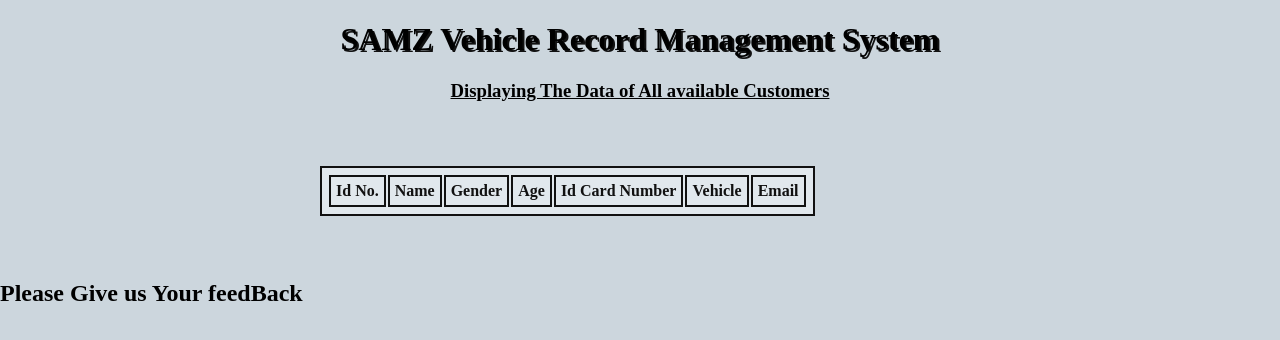
Repository: MUHAMMAD-SAQIB-2000/SpringBoot
Page: http://localhost/WebServiceRecordManagementSystem/CustomerList.jsp
The author's editor kept a copy of each file at every save. The page is drawn from the files as they stood at one save, then again after the next save.
The browser window is 1280 px wide. The pictures show the whole page.
The page is served by Tomcat 9. Other server files are loaded and not shown. The template is opened directly, without the code that normally fills it, so the values that code supplies are empty.

Above is the page before, as saved 2020-08-11 18:51:43.

### WebServiceRecordManagementSystem/src/main/webapp/CustomerList.jsp
<%@ page language="java" contentType="text/html; charset=ISO-8859-1"
	pageEncoding="ISO-8859-1"%>
<%@ taglib prefix="form" uri="http://www.springframework.org/tags/form"%>
<%@ taglib uri="http://java.sun.com/jsp/jstl/core" prefix="c"%>
<!DOCTYPE html>
<html>
<head>
<meta charset="ISO-8859-1">
<title>Customers Record Form</title>
<style>
body{
margin:0px;
padding:0px;
background-color: #CCD6DD;
}
table, th, td {
	text-align:center;
	border: 2px solid #111;
	margin:10px;
	padding:5px;
}
.tableCSS{
	background-color:#E1E8ED;
	color:#111;
	margin:5% 25%;
}
h1{
	text-shadow: 2px 2px #111;
	text-align:center;
}
h3{
	text-align:center;
	text-decoration: underline;
}
</style>
</head>
<body>
<main>
	<div>
	<h1>SAMZ Vehicle Record Management System</h1>
	<h3>Displaying The Data of All available Customers</h3>
	</div>
	<div>
		<table  class="tableCSS">
			<thead>
				<tr>
					<th>Id No.</th>
					<th>Name</th>
					<th>Gender</th>
					<th>Age</th>
					<th>Id Card Number</th>
					<th>Vehicle</th>
					<th>Email</th>
				</tr>
			</thead>
			<tbody>
				<c:forEach items="${list}" var="customer">
					<tr>
						<td>${customer.customerID}</td>
						<td>${customer.customerName}</td>
						<td>${customer.customerGender}</td>
						<td>${customer.customerAge}</td>
						<td>${customer.customerIdCardNumber}</td>
						<td>${customer.customerVehicle}</td>
						<td>${customer.customerEmail}</td>
					</tr>
				</c:forEach>
			</tbody>
		</table>
	</div>
	</main>
	<footer>
		<h2>Please Give us Your feedBack</h2>
	</footer>
</body>
</html>

After the next save:
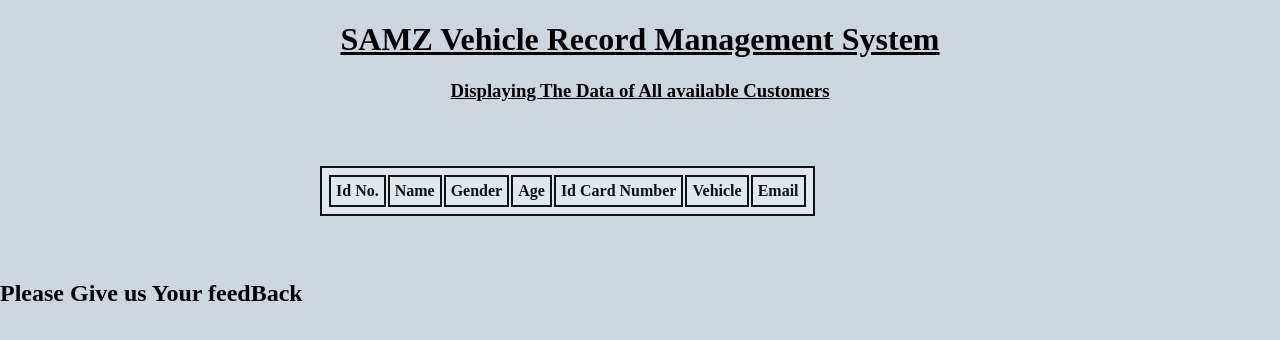
Saved 5 min 52 s later.
--- a/WebServiceRecordManagementSystem/src/main/webapp/CustomerList.jsp
+++ b/WebServiceRecordManagementSystem/src/main/webapp/CustomerList.jsp
@@ -24,11 +24,7 @@ table, th, td {
 	color:#111;
 	margin:5% 25%;
 }
-h1{
-	text-shadow: 2px 2px #111;
-	text-align:center;
-}
-h3{
+.h{
 	text-align:center;
 	text-decoration: underline;
 }
@@ -37,8 +33,8 @@ h3{
 <body>
 <main>
 	<div>
-	<h1>SAMZ Vehicle Record Management System</h1>
-	<h3>Displaying The Data of All available Customers</h3>
+	<h1 class="h">SAMZ Vehicle Record Management System</h1>
+	<h3 class="h">Displaying The Data of All available Customers</h3>
 	</div>
 	<div>
 		<table  class="tableCSS">
